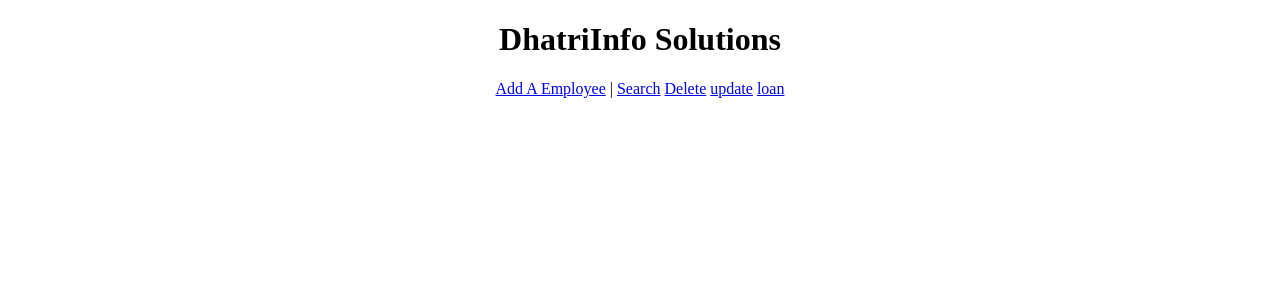
Repository: sravaninallapati1/java1
Page: JSP/WebContent/index.html
The author's editor kept a copy of each file at every save. The page is drawn from the files as they stood at one save, then again after the next save.
The browser window is 1280 px wide. The pictures show the whole page.

Above is the page before, as saved 2016-12-22 18:25:35.

### JSP/WebContent/index.html
<!DOCTYPE html>
<html>
<head>
<meta charset="ISO-8859-1">
<title>Insert title here</title>
</head>
<body>
<div align="center">
<h1>DhatriInfo Solutions</h1>
<!-- <form action="sampleServlet" method="post">
Enter Your name<input type="text" name="userName">

<input type="submit" value="Go">

</form> -->

<a href="reg.jsp">Add A Employee</a> |
<a href="Search.jsp">Search</a>
<a href="delete.jsp">Delete</a>
<a href="update.jsp">update</a>
<a href="loan.jsp">loan</a>

</body>
</html>

After the next save:
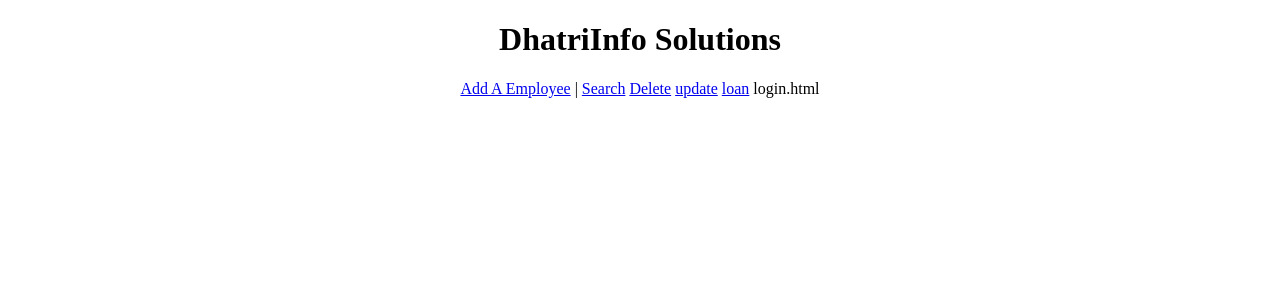
Saved 17 min 1 s later.
--- a/JSP/WebContent/index.html
+++ b/JSP/WebContent/index.html
@@ -19,6 +19,9 @@ Enter Your name<input type="text" name="userName">
 <a href="delete.jsp">Delete</a>
 <a href="update.jsp">update</a>
 <a href="loan.jsp">loan</a>
+<welcome.file.list>
+<welcome.file>login.html</welcome.file>
+</welcome.file.list>
 
 </body>
 </html>
